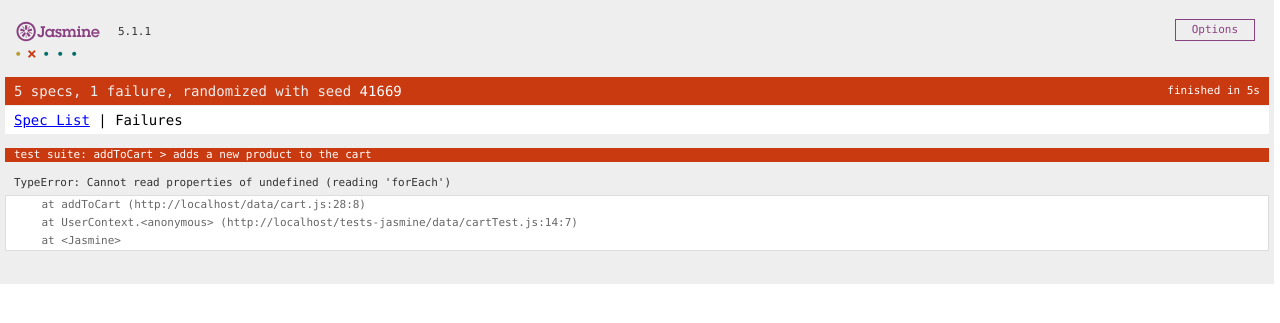
Repository: Jpr-2311/Amazon_Clone
Page: tests-jasmine/tests.html
These files come from the project's save history. The page is drawn as it stood at one moment and after a run of saves; the edit follows.
The browser window is 1280 px wide. The pictures show the whole page.

Above is the page before, as saved 2025-06-19 11:16:55.

### tests-jasmine/tests.html
<!DOCTYPE html>
<html>
<head>
  <meta charset="utf-8">
  <title>Jasmine Spec Runner v5.1.1</title>

  <link rel="shortcut icon" type="image/png" href="lib/jasmine-5.1.1/jasmine_favicon.png">
  <link rel="stylesheet" href="lib/jasmine-5.1.1/jasmine.css">

  <script src="lib/jasmine-5.1.1/jasmine.js"></script>
  <script src="lib/jasmine-5.1.1/jasmine-html.js"></script>
  <script src="lib/jasmine-5.1.1/boot0.js"></script>
  <!-- optional: include a file here that configures the Jasmine env -->
  <script src="lib/jasmine-5.1.1/boot1.js"></script>

  <script src="utils/moneyTest.js" type="module"></script>
  <script src="data/cartTest.js" type="module"></script>
</head>

<body>
</body>
</html>

### tests-jasmine/lib/jasmine-5.1.1/boot0.js
 /*
Copyright (c) 2008-2023 Pivotal Labs

Permission is hereby granted, free of charge, to any person obtaining
a copy of this software and associated documentation files (the
"Software"), to deal in the Software without restriction, including
without limitation the rights to use, copy, modify, merge, publish,
distribute, sublicense, and/or sell copies of the Software, and to
permit persons to whom the Software is furnished to do so, subject to
the following conditions:

The above copyright notice and this permission notice shall be
included in all copies or substantial portions of the Software.

THE SOFTWARE IS PROVIDED "AS IS", WITHOUT WARRANTY OF ANY KIND,
EXPRESS OR IMPLIED, INCLUDING BUT NOT LIMITED TO THE WARRANTIES OF
MERCHANTABILITY, FITNESS FOR A PARTICULAR PURPOSE AND
NONINFRINGEMENT. IN NO EVENT SHALL THE AUTHORS OR COPYRIGHT HOLDERS BE
LIABLE FOR ANY CLAIM, DAMAGES OR OTHER LIABILITY, WHETHER IN AN ACTION
OF CONTRACT, TORT OR OTHERWISE, ARISING FROM, OUT OF OR IN CONNECTION
WITH THE SOFTWARE OR THE USE OR OTHER DEALINGS IN THE SOFTWARE.
*/
/**
 This file starts the process of "booting" Jasmine. It initializes Jasmine,
 makes its globals available, and creates the env. This file should be loaded
 after `jasmine.js` and `jasmine_html.js`, but before `boot1.js` or any project
 source files or spec files are loaded.
 */
(function() {
  const jasmineRequire = window.jasmineRequire || require('./jasmine.js');

  /**
   * ## Require &amp; Instantiate
   *
   * Require Jasmine's core files. Specifically, this requires and attaches all of Jasmine's code to the `jasmine` reference.
   */
  const jasmine = jasmineRequire.core(jasmineRequire),
    global = jasmine.getGlobal();
  global.jasmine = jasmine;

  /**
   * Since this is being run in a browser and the results should populate to an HTML page, require the HTML-specific Jasmine code, injecting the same reference.
   */
  jasmineRequire.html(jasmine);

  /**
   * Create the Jasmine environment. This is used to run all specs in a project.
   */
  const env = jasmine.getEnv();

  /**
   * ## The Global Interface
   *
   * Build up the functions that will be exposed as the Jasmine public interface. A project can customize, rename or alias any of these functions as desired, provided the implementation remains unchanged.
   */
  const jasmineInterface = jasmineRequire.interface(jasmine, env);

  /**
   * Add all of the Jasmine global/public interface to the global scope, so a project can use the public interface directly. For example, calling `describe` in specs instead of `jasmine.getEnv().describe`.
   */
  for (const property in jasmineInterface) {
    global[property] = jasmineInterface[property];
  }
})();

### tests-jasmine/utils/moneyTest.js
import {formatCurrency} from '../../scripts/utils/money.js';

describe('test suite: formatCurrency',()=>{
 it('converts cents into dollars',()=>{
  expect(formatCurrency(2095)).toEqual('20.95');
 });

 it('works with 0',()=>{
  expect(formatCurrency(0)).toEqual('0.00');
 });

 it('rounds up to the nearest cents',()=>{
  expect(formatCurrency(2000.5)).toEqual('20.01')
 });
});

### tests-jasmine/data/cartTest.js
import {addToCart,cart} from'../../data/cart.js';

describe('test suite: addToCart',()=>{
  it('adds an existing product to the cart',()=>{

  });

  it('adds a new product to the cart',()=>{
      spyOn(localStorage,'getItem').and.callFake(()=>{
        return JSON.stringify([]);
      });
      console.log(localStorage.getItem('cart'));

      addToCart('e43638ce-6aa0-4b85-b27f-e1d07eb678c6');
      expect(cart.length).toEqual(1);
  });
});

### data/cart.js
export let cart;



  function loadFromStorage(){
    cart = JSON.parse(localStorage.getItem('cart'));

          if (!cart) {
            cart = [{
            productId: 'e43638ce-6aa0-4b85-b27f-e1d07eb678c6',
            quantity: 2,
            deliveryOptionId: '1'
          }, {
            productId: '15b6fc6f-327a-4ec4-896f-486349e85a3d',
            quantity: 1,
            deliveryOptionId: '2'
          }];
         }
  }

function saveToStorage() {
  localStorage.setItem('cart', JSON.stringify(cart));
}

export function addToCart(productId) {
  let matchingItem;

  cart.forEach((cartItem) => {
    if (productId === cartItem.productId) {
      matchingItem = cartItem;
    }
  });

  if (matchingItem) {
    matchingItem.quantity += 1;
  } else {
    cart.push({
      productId: productId,
      quantity: 1,
      deliveryOptionId: '1'
    });
  }

  saveToStorage();
}

export function removeFromCart(productId) {
  const newCart = [];

  cart.forEach((cartItem) => {
    if (cartItem.productId !== productId) {
      newCart.push(cartItem);
    }
  });

  cart = newCart;

  saveToStorage();
}

export function updateDeliveryOption(productId, deliveryOptionId) {
  let matchingItem;

  cart.forEach((cartItem) => {
    if (productId === cartItem.productId) {
      matchingItem = cartItem;
    }
  });

  matchingItem.deliveryOptionId = deliveryOptionId;

  saveToStorage();
}

Loaded but not shown: tests-jasmine/lib/jasmine-5.1.1/jasmine.css (library); tests-jasmine/lib/jasmine-5.1.1/jasmine.js (library); tests-jasmine/lib/jasmine-5.1.1/jasmine-html.js (library); tests-jasmine/lib/jasmine-5.1.1/boot1.js (library); scripts/utils/money.js (common file)

After the next 2 saves:
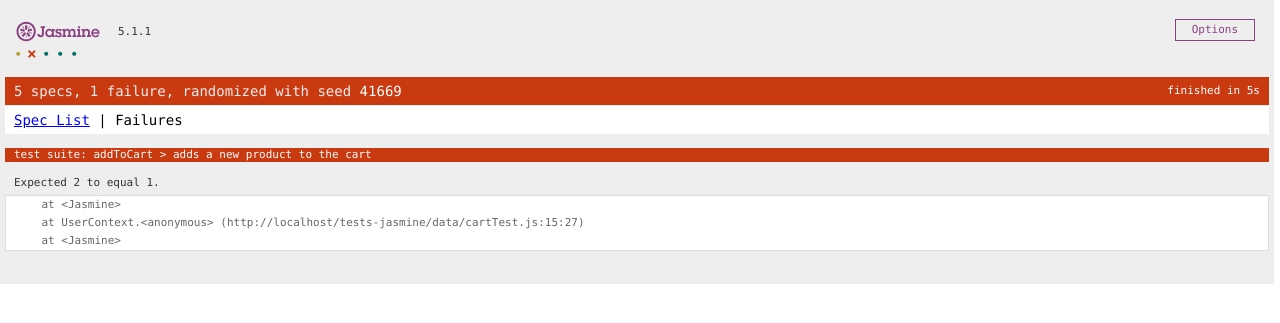
The 2 saves are shown as one change because they came seconds apart.
The last was saved 5 s later.
--- a/data/cart.js
+++ b/data/cart.js
@@ -1,6 +1,6 @@
 export let cart;
 
-
+loadFromStorage();
 
   function loadFromStorage(){
     cart = JSON.parse(localStorage.getItem('cart'));
